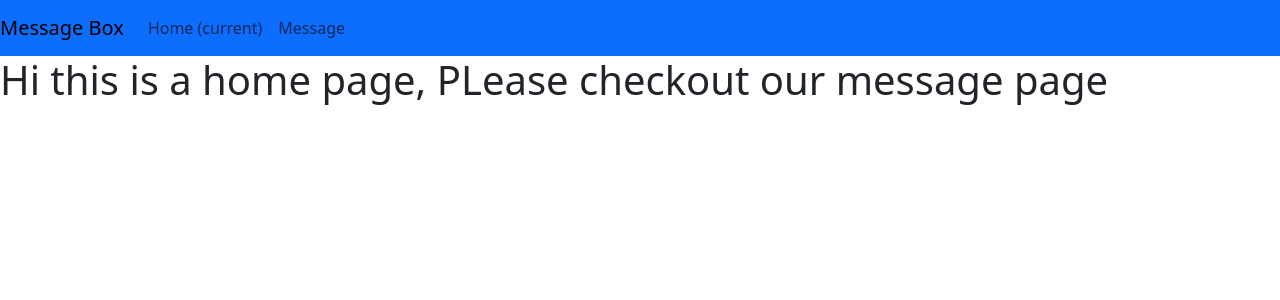
Repository: 05Mohammedismail/xworkz--Advance-Java
Page: Sep11_RegisterationForm/src/main/webapp/index.html
The author's editor kept a copy of each file at every save. The page is drawn from the files as they stood at one save, then again after the next save.
The browser window is 1280 px wide. The pictures show the whole page.

Above is the page before, as saved 2023-09-11 20:21:25.

After the next save:
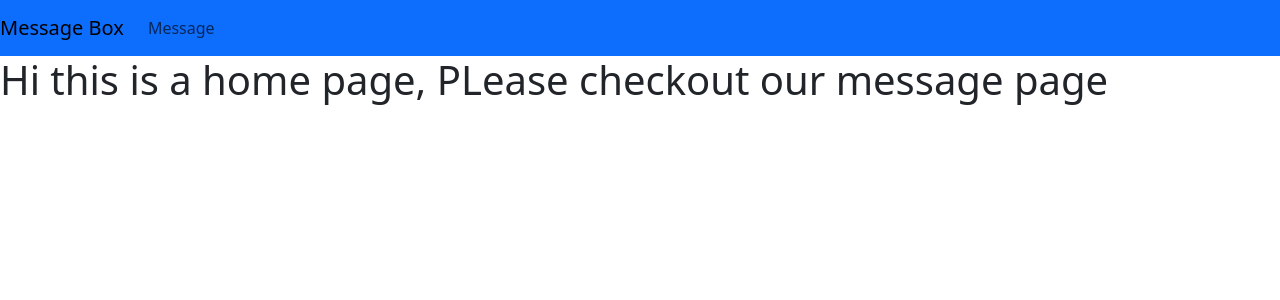
Saved 23 s later.
--- a/Sep11_RegisterationForm/src/main/webapp/index.html
+++ b/Sep11_RegisterationForm/src/main/webapp/index.html
@@ -14,9 +14,6 @@
   </button>
   <div class="collapse navbar-collapse" id="navbarNav">
     <ul class="navbar-nav">
-      <li class="nav-item active">
-        <a class="nav-link" href="#">Home <span class="sr-only">(current)</span></a>
-      </li>
       <li class="nav-item">
         <a class="nav-link" href="message.html">Message</a>
       </li>
